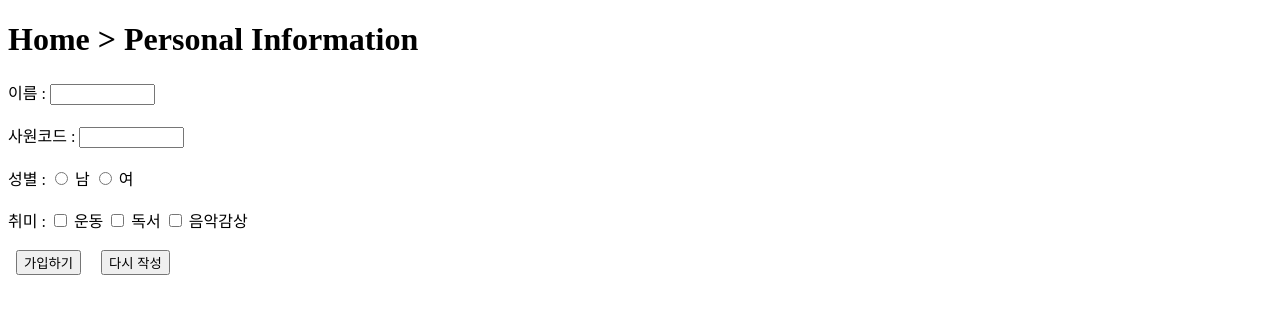
Repository: parkgyutaee/My_JAVA_Project
Page: http://localhost/JSPStudy/form_input.jsp
The author's editor kept a copy of each file at every save. The page is drawn from the files as they stood at one save, then again after the next save.
The browser window is 1280 px wide. The pictures show the whole page.
The page is served by Tomcat 10. Other server files are loaded and not shown.

Above is the page before, as saved 2025-07-10 01:40:29.

### Workspace/JSPStudy/src/main/webapp/form_input.jsp
<%@ page language="java" contentType="text/html; charset=UTF-8"
    pageEncoding="UTF-8"%>
<!DOCTYPE html>
<html>
<head>
<meta charset="UTF-8">
<title>개인정보 입력 칸입니다!</title>
</head>
<body>
	<h1>Home > Personal Information</h1>

	<form action="#" name = "person_info" method="get">
		이름 :
		<input type = "text" name = "person_name" size = "10"> <br><br>
		사원코드 :
		<input type = "text" name = "e_code" size = "10"> <br><br>
		성별 :
		<input type = "radio" name = "gender"  > 남
		<input type = "radio"  name = "gender" > 여<br><br>

		취미 :
		<input type = "checkbox"  name = "hobby1" > 운동
		<input type = "checkbox"  name = "hobby2" > 독서
		<input type = "checkbox"  name = "hobby3" > 음악감상 <br><br>

		&nbsp; <input type = "submit" value ="가입하기">
		&nbsp; &nbsp; <input type = "reset" value="다시 작성">
	</form>
</body>
</html>

After the next save:
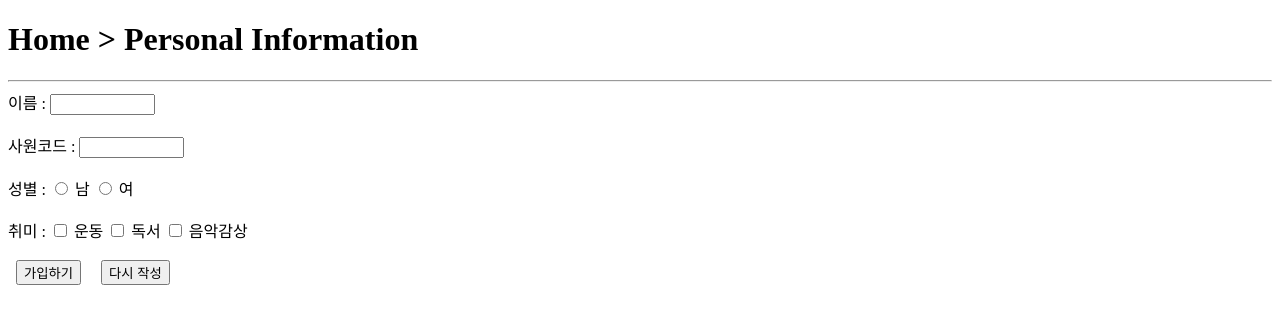
Saved 31 s later.
--- a/Workspace/JSPStudy/src/main/webapp/form_input.jsp
+++ b/Workspace/JSPStudy/src/main/webapp/form_input.jsp
@@ -8,7 +8,7 @@
 </head>
 <body>
 	<h1>Home > Personal Information</h1>
-
+	<hr>
 	<form action="#" name = "person_info" method="get">
 		이름 :
 		<input type = "text" name = "person_name" size = "10"> <br><br>
@@ -22,7 +22,7 @@
 		<input type = "checkbox"  name = "hobby1" > 운동
 		<input type = "checkbox"  name = "hobby2" > 독서
 		<input type = "checkbox"  name = "hobby3" > 음악감상 <br><br>
-
+		</hr>
 		&nbsp; <input type = "submit" value ="가입하기">
 		&nbsp; &nbsp; <input type = "reset" value="다시 작성">
 	</form>
